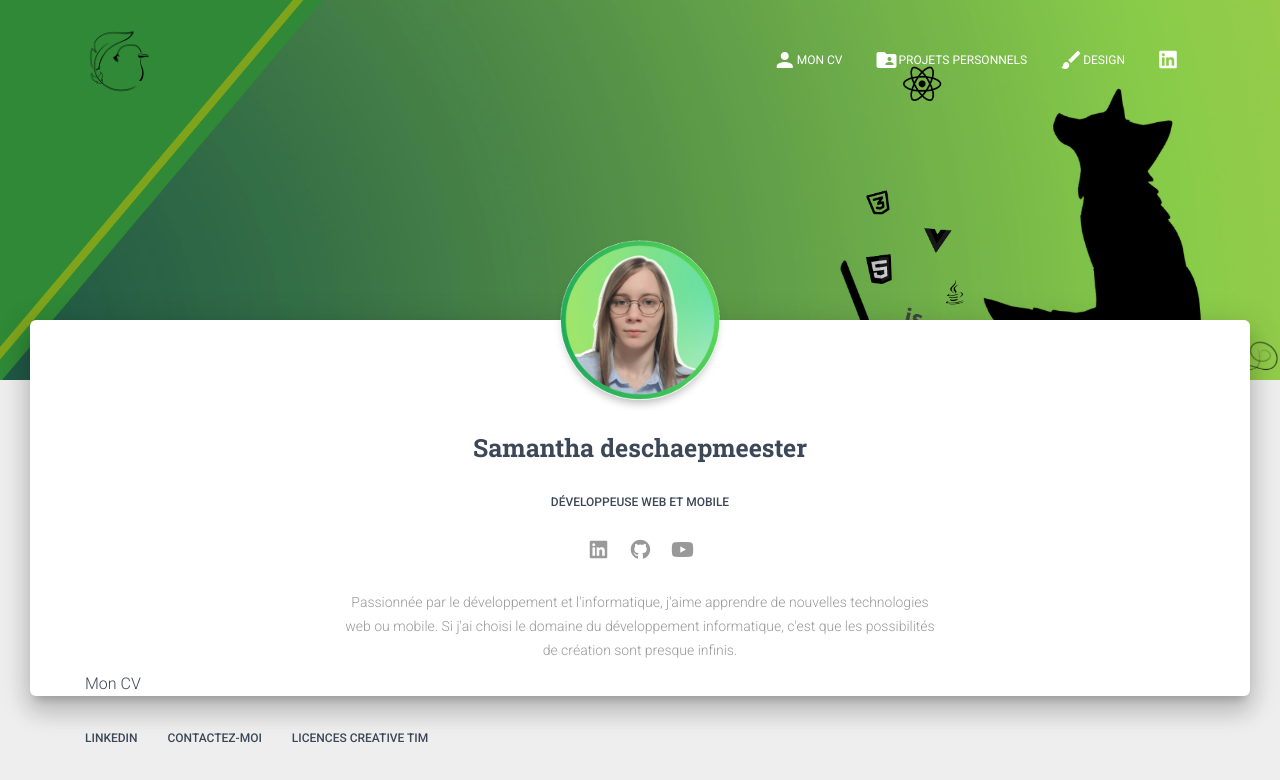
Repository: sdeschaepmeester/NewPortfolio
Page: /#/cv
The author's editor kept a copy of each file at every save. The page is drawn from the files as they stood at one save, then again after the next save.
The browser window is 1280 px wide. The pictures show the whole page.
Some web libraries are served in a nearby version. The project was rebuilt for these pictures with package versions that can differ from the ones it lists, and the page was loaded fresh each time. Also part of the build but not shown: vue.config.js, src/views/components/APropos.vue, src/views/components/NavigationSection.vue, src/views/components/SmallNavigationSection.vue, src/components/Dropdown.vue, src/components/Pagination.vue, src/components/Slider.vue, src/components/Badge.vue and 13 more.

Above is the page before, as saved 2022-07-08 10:48:28.

### public/index.html
<!--

=========================================================
* Vue Material Kit - v1.2.2
=========================================================

* Product Page: https://www.creative-tim.com/product/vue-material-kit
* Copyright 2019 Creative Tim (https://www.creative-tim.com)
* Licensed under MIT (https://github.com/creativetimofficial/vue-material-kit/blob/master/LICENSE.md)

* Coded by Creative Tim

=========================================================

* The above copyright notice and this permission notice shall be included in all copies or substantial portions of the Software.

-->

<!DOCTYPE html>
<html lang="en">
  <head>
    <meta charset="utf-8">
    <meta http-equiv="X-UA-Compatible" content="IE=edge">
    <meta name="viewport" content="width=device-width,initial-scale=1.0">
    <link rel="icon" href="<%= BASE_URL %>favicon.png">
    <title>Portfolio - Samantha Deschaepmeester</title>

    <!--  Fonts and icons     -->
    <link rel="stylesheet" type="text/css" href="https://fonts.googleapis.com/css?family=Roboto:300,400,500,700|Roboto+Slab:400,700|Material+Icons" />
    <link rel="stylesheet" href="//fonts.googleapis.com/icon?family=Material+Icons">
    <link href="https://use.fontawesome.com/releases/v5.0.8/css/all.css" rel="stylesheet">
  </head>
  <body>
    <noscript>
      <strong>We're sorry but vue-material-kit doesn't work properly without JavaScript enabled. Please enable it to continue.</strong>
    </noscript>
    <div id="app"></div>
    <!-- built files will be auto injected -->
  </body>
</html>

### src/views/CV.vue
<template>
  <div class="wrapper">
    <parallax
      class="section page-header header-filter"
      :style="headerStyle"
    ></parallax>
    <div class="main main-raised">
      <div class="section profile-content">
        <div class="container">
          <div class="md-layout">
            <div class="md-layout-item md-size-50 mx-auto">
              <div class="profile">
                <div class="avatar">
                  <img
                    :src="img"
                    alt="Circle Image"
                    class="img-raised rounded-circle img-fluid"
                  />
                </div>
                <div class="name">
                  <h3 class="title">Samantha deschaepmeester</h3>
                  <h6>Développeuse web et mobile</h6>
                  <md-button
                    href="https://www.linkedin.com/in/samantha-deschaepmeester/"
                    class="md-just-icon md-simple md-dribbble"
                    ><i class="fab fa-linkedin"></i></md-button>
                  <md-button
                    href="https://github.com/sdeschaepmeester"
                    class="md-just-icon md-simple md-twitter"
                    ><i class="fab fa-github"></i></md-button>
                  <md-button
                    href="https://www.youtube.com/channel/UC_iJU8cmp9euihl1_mgpZ0g"
                    class="md-just-icon md-simple md-pinterest"
                    ><i class="fab fa-youtube"></i
                  ></md-button>
                </div>
              </div>
            </div>
          </div>
          <div class="description text-center">
            <p>
              Passionnée par le développement et l'informatique, j'aime apprendre de nouvelles technologies web ou mobile.
              Si j'ai choisi le domaine du développement informatique, c'est que les possibilités de création sont presque infinis.
            </p>
          </div>
          <div>
            Mon CV
          </div>
        </div>
      </div>
    </div>
  </div>
</template>

<script>
import { Tabs } from "@/components";
export default {
  components: {
    Tabs
  },
  bodyClass: "profile-page",
  data() {
    return {
      tabPane1: [
        { image: require("@/assets/img/examples/studio-1.jpg") },
        { image: require("@/assets/img/examples/studio-2.jpg") },
        { image: require("@/assets/img/examples/studio-4.jpg") },
        { image: require("@/assets/img/examples/studio-5.jpg") }
      ],
      tabPane2: [
        { image: require("@/assets/img/examples/olu-eletu.jpg") },
        { image: require("@/assets/img/examples/clem-onojeghuo.jpg") },
        { image: require("@/assets/img/examples/cynthia-del-rio.jpg") },
        { image: require("@/assets/img/examples/mariya-georgieva.jpg") },
        { image: require("@/assets/img/examples/clem-onojegaw.jpg") }
      ],
      tabPane3: [
        { image: require("@/assets/img/examples/mariya-georgieva.jpg") },
        { image: require("@/assets/img/examples/studio-3.jpg") },
        { image: require("@/assets/img/examples/clem-onojeghuo.jpg") },
        { image: require("@/assets/img/examples/olu-eletu.jpg") },
        { image: require("@/assets/img/examples/studio-1.jpg") }
      ]
    };
  },
  props: {
    header: {
      type: String,
      default: require("@/assets/img/linkedin-banner.png")
    },
    img: {
      type: String,
      default: require("@/assets/img/faces/me.png")
    }
  },
  computed: {
    headerStyle() {
      return {
        backgroundImage: `url(${this.header})`
      };
    }
  }
};
</script>

<style lang="scss" scoped>
.section {
  padding: 0;
}

.profile-tabs::v-deep {
  .md-card-tabs .md-list {
    justify-content: center;
  }

  [class*="tab-pane-"] {
    margin-top: 3.213rem;
    padding-bottom: 50px;

    img {
      margin-bottom: 2.142rem;
    }
  }
}
</style>

### src/layout/MainFooter.vue
<template>
  <footer
    class="footer"
    :class="{ [`footer-${type}`]: type }"
    :data-background-color="backgroundColor"
  >
    <div class="container">
      <nav>
        <ul>
          <li>
            <a href="https://www.linkedin.com/in/samantha-deschaepmeester/">
              LinkedIn
            </a>
          </li>
          <li>
            <a href="mailto:deschaepmeester.samantha@gmail.com">
              Contactez-moi
            </a>
          </li>
          <li>
            <a href="https://www.creative-tim.com/license">
              Licences Creative Tim
            </a>
          </li>
        </ul>
      </nav>
    </div>
  </footer>
</template>
<script>
export default {
  props: {
    backgroundColor: String,
    type: String
  },
  data() {
    return {
      year: new Date().getFullYear()
    };
  }
};
</script>
<style></style>

### src/assets/scss/material-kit/_typography.scss
body, h1, h2, h3, h4, h5, h6, .h1, .h2, .h3, .h4 {
  font-family: $font-family-sans-serif;
  font-weight: 300;
}

h1,h2,h3,.h1,.h2,.h3{
    margin-top: 20px;
    margin-bottom: 10px;
}

h4,h5,h6,.h4,.h5,.h6{
    margin-top: 10px;
    margin-bottom: 10px;
}

h1, .h1 {
    font-size: $font-size-h1;
    line-height: 1.15em;
}
h2, .h2{
    font-size: $font-size-h2;
    line-height: 1.5em;
}
h3, .h3{
    font-size: $font-size-h3;
    line-height: 1.4em;
}
h4, .h4{
    font-size: $font-size-h4;
    line-height: 1.5em;
}
h5, .h5 {
    font-size: $font-size-h5;
    line-height: 1.55em;
    margin-bottom: 15px;
}
h6, .h6{
    font-size: $font-size-h6;
    text-transform: uppercase;
    font-weight: $font-weight-bold;
}

p{
    font-size: $font-paragraph;
    margin: 0 0 10px;
}

h2.title{
    margin-bottom: $margin-base * 2;
}

.title,
.card-title,
.info-title,
.footer-brand,
.footer-big h5,
.footer-big h4,
.media .media-heading{
    font-weight: $font-weight-extra-bold;
    font-family: $font-family-serif;

    &,
    a{
        color: $black-color;
        text-decoration: none;
    }
}

.description,
.card-description,
.footer-big p{
    color: $gray-light;
}

.text-warning {
  color: $brand-warning !important;
}
.text-primary {
  color: $brand-primary !important;
}
.text-danger {
  color: $brand-danger !important;
}
.text-success {
  color: $brand-success !important;
}
.text-info {
  color: $brand-info !important;
}
.text-gray{
  color: $gray-color !important;
}
.text-muted {
  color: #6c757d!important;
}

### src/assets/scss/material-kit/_carousel.scss
.VueCarousel-pagination {
  position: absolute;
  bottom: 5px;
  margin-bottom: 15px;
}

.VueCarousel-wrapper {
  border-radius: $border-radius-large;
}

.VueCarousel-dot {
  width: 10px !important;
  height: 10px !important;
  padding: 0 !important;
  margin: 10px;
  border: 1px solid #fff;
  background: #FFF !important;
  box-shadow: 0 2px 2px 0 rgba(0,0,0,.14), 0 3px 1px -2px rgba(0,0,0,.12), 0 1px 5px 0 rgba(0,0,0,.2);
  border-radius: 2px !important;
  transition: all .3s linear;

  &:focus {
    outline: 0 !important;
  }
}

.VueCarousel-dot--active {
  margin-top: 10px;
  transform: scale(1.5);
  box-shadow: 0 4px 5px 0 rgba(0,0,0,.14), 0 1px 10px 0 rgba(0,0,0,.12), 0 2px 4px -1px rgba(0,0,0,.2);
}

.carousel-caption {
  position: absolute;
  bottom: 25px;
  left: 0;
  right: 0;
  text-align: center;
  padding-top: 20px;
  padding-bottom: 45px;

  &,
  .md-icon,
  .fa,
  .fab,
  .fas {
    color: $white-color !important;
  }
}

.VueCarousel-navigation-prev {
  left: 95px !important;

}

.VueCarousel-navigation-next {
  right: 95px !important;
}

.VueCarousel-navigation-prev i,
.VueCarousel-navigation-next i {
  font-size: 50px;
  color: $white-color !important;
  opacity: .5;

  &:hover {
    opacity: 1;
  }
}

.VueCarousel-slide {
  position: relative;
}

### src/assets/scss/material-kit/_autocomplete.scss
.md-menu-content:not(.md-select-menu) .md-menu-content-container .md-list {
  .md-list-item {
    margin: 0 .3125rem;

    &:not(:last-child) {
      margin-bottom: 5px;
    }

    .md-list-item-button {
      background-color: transparent;
      color: $gray-dark !important;
      border-radius: 3px;

      &:hover {
        background-color: $brand-primary !important;
        @include shadow-big-color($brand-primary);
        color: #FFF !important;
      }

      .md-list-item-content {
        min-height: 38px;
        font-size: 13px;

        span {
          top: auto;
          left: auto;
          right: 0;
          padding-left: 15px;
          padding-right: 15px;
        }
      }
    }
  }
}

### src/assets/scss/material-kit/_info-areas.scss
.info{
    max-width: 360px;
    margin: 0 auto;
    padding: 70px 0 30px;

    .icon{
        color: $gray-color;

        > i{
            font-size: 3.85rem !important;
            min-width: auto;
            width: auto;
            height: auto;
            vertical-align: unset;
        }
    }
    .info-title{
        color: $black-color;
        margin: 0.875rem * 2 0 0.875rem;
    }
    p{
        color: $gray-color;
    }
}

.info-horizontal{
    .icon{
        float: left;
        margin-top: 24px;
        margin-right: 10px;

        >i{
            font-size: $font-size-h2;
        }
    }
    .description{
        overflow: hidden;
    }

}

.icon {

  &.icon-primary i{
    color: $brand-primary !important;
    }
  &.icon-info i{
    color: $brand-info !important;
  }
  &.icon-success i{
    color: $brand-success !important;
  }
  &.icon-warning i{
    color: $brand-warning !important;
  }
  &.icon-danger i{
    color: $brand-danger !important;
  }
  &.icon-rose i{
    color: $brand-rose !important;
}
}

### src/assets/scss/material-kit/_badges.scss
.badge {
  display: inline-block;
  border-radius: $border-radius-label;
  padding: 5px 12px;
  text-transform: uppercase;
  font-size: 10px;
  color: $white-color;
  font-weight: 500;
  line-height: 1;
  text-align: center;
  white-space: nowrap;
  vertical-align: baseline;

  &:not(:last-child) {
    margin-right: 5px;
  }

  @include badge-color();
}


.badge-default[href]:hover,
.badge-default[href]:focus {
  background-color: darken($gray-light, 5%);
}

.badge-primary[href]:hover,
.badge-primary[href]:focus {
  background-color: darken($brand-primary, 5%);
}

.badge-info[href]:hover,
.badge-info[href]:focus {
  background-color: darken($brand-info, 5%);
}

.badge-success[href]:hover,
.badge-success[href]:focus {
  background-color: darken($brand-success, 5%);
}

.badge-warning[href]:hover,
.badge-warning[href]:focus {
  background-color: darken($brand-warning, 5%);
  color: $white-color;
}

.badge-danger[href]:hover,
.badge-danger[href]:focus {
  background-color: darken($brand-danger, 5%);
}
.badge-rose[href]:hover,
.badge-rose[href]:focus {
  background-color: darken($brand-rose, 5%);
}

### src/assets/scss/material-kit/_tables.scss
.md-table-cell-container{
  padding: 0;
  .md-table-cell:last-child &{
    padding-right: 0;
    text-align: right;
    display: flex;
  }
}
.md-table-head-container{
  height: auto;
  padding: 0;
}
.md-tabs-content table thead{
  display: none;
}

.md-tabs-container tbody .md-table-row:first-child td{
  border: 0;
}

.md-table-cell{
  padding: 12px 8px;
  font-size: $font-size-base;
}

.md-table-head-label{
  font-size: $font-size-h5;
  padding-left: 8px;
  font-weight: 300;
}

.md-table .md-table-row:hover .md-table-cell{
  background-color: transparent !important;
}

.md-table .md-table-row:hover{
  background: $table-bg-hover !important;
}

.md-card-plain .md-card-content > div .md-table .md-table-content,
.md-card-plain .md-card-content > div .md-table {
  background-color: transparent !important;
}

.md-table{
  &[table-header-color="orange"] .md-table-head{
    color: $brand-warning !important;
  }
  &[table-header-color="purple"] .md-table-head{
    color: $brand-primary !important;
  }
  &[table-header-color="blue"] .md-table-head{
    color: $brand-info !important;
  }
  &[table-header-color="red"] .md-table-head{
    color: $brand-danger !important;
  }
  &[table-header-color="green"] .md-table-head{
    color: $brand-success !important;
  }

  .md-table-row td{
    border-top-color: rgba(0,0,0,.06) !important;
  }
}

### src/assets/scss/material-kit/_headers.scss
.page-header{
    height: 100vh;
    background-position: center center;
    background-size: cover;
    margin: 0;
    padding: 0;
    border: 0;
    display: flex;
    align-items: center;
    justify-content: center;

    .carousel .carousel-indicators{
        bottom: 60px;
    }

    > .container{
        color: $white-color;
    }

    .title{
        color: $white-color;
    }

    &.header-small{
        height: 65vh;
        min-height: 65vh;
    }

    .iframe-container{
        iframe{
            width: 100%;
            box-shadow: 0 16px 38px -12px rgba(0, 0, 0, 0.56),
                        0 4px 25px 0px rgba(0, 0, 0, 0.12),
                        0 8px 10px -5px rgba(0, 0, 0, 0.2);
        }
    }
}

.header-filter{
    position: relative;

    &:before,
    &:after{
        position: absolute;
        z-index: 1;
        width: 100%;
        height: 100%;
        display: block;
        left: 0;
        top: 0;
        content: "";
    }

    .md-layout{
        z-index: 2;
        position: relative;
    }
}
.clear-filter::before {
  background: none;
}

.purple-filter:after{
  background: rgba(101, 47, 142, 0.64);
  background: linear-gradient(45deg, rgba(101, 47, 142, 0.88) 0%, rgba(125, 46, 185, 0.45) 100%);
  background: -moz-linear-gradient(135deg, rgba(101, 47, 142, 0.88) 0%, rgba(125, 46, 185, 0.45) 100%);
  background: -webkit-linear-gradient(135deg, rgba(101, 47, 142, 0.88) 0%, rgba(125, 46, 185, 0.45) 100%);
}

### src/assets/scss/material-kit/_checkboxes.scss
.md-checkbox{
  .md-checkbox-container{
    border: 1px solid rgba(0, 0, 0, .54);
    border-radius: 3px;

    .md-ripple{
      overflow: hidden;
    }
  }

  &.md-checked .md-checkbox-container{
    &:after{
      border-color: $brand-primary !important;
      top: 1px;
      left: 6px;
    }
  }

  .md-checkbox-label{
    font-weight: 400;
    font-size: .875rem;
    color: #aaa;
    padding-left: 10px;
  }

  &.md-theme-default.md-checked .md-checkbox-container{
    background-color: transparent !important;
    border-color: inherit;
  }

  &.md-theme-default.md-checked .md-ripple{
    color: inherit;
  }

  &.md-disabled .md-checkbox-label,
  &.md-disabled .md-checkbox-container{
    opacity: .26;
    border-color: rgba(0, 0, 0, .54) !important;
  }

  &.md-checked.md-disabled .md-checkbox-container{
    background-color: transparent !important;
    border-color: rgba(0, 0, 0, .54) !important;
    opacity: .26;

    &:after{
      border-color: rgba(0, 0, 0, .54) !important;
    }
  }
}

### src/assets/scss/material-kit/_togglebutton.scss
.md-switch .md-switch-thumb .md-ripple,
.md-switch .md-switch-thumb:before {
  overflow: hidden;
}

.md-switch {
  display: flex;
  margin: 0;

  .md-switch-label {
    color: rgba(0,0,0,.26);
    font-size: 14px;
    line-height: 1.42857;
    font-weight: 400;
    margin-bottom: .5rem;
  }

  .md-switch-container{
    background-color: rgba(80,80,80,.7) !important;
  }

  .md-switch-thumb {
    background-color: $white-color !important;
    border: 1px solid rgba(0,0,0,.54);
    box-shadow: 0 1px 3px 1px rgba(0,0,0,.4);

    .md-ripple .md-ripple-wave{
      background-color: rgba(0,0,0,.54) !important;
    }
  }

  &.md-checked {
    .md-switch-thumb {
      border: 1px solid $brand-primary;

      .md-ripple .md-ripple-wave{
        background-color: rgba(156,39,176,.7) !important;
      }
    }

    .md-switch-container {
      background-color: rgba(156,39,176,.7) !important;
    }
  }
}

### src/assets/scss/material-kit/_radios.scss
.md-radio{

  .md-radio-label{
    padding-left: 10px;
    color: #aaa;
    font-size: .875rem;
    font-weight: 400;
  }

  .md-radio-container{
    border: 1px solid rgba(0,0,0,.54) !important;
    width: 15px;
    min-width: 15px;
    height: 15px;
    top: 2px;
    transition: .2s !important;

    &:after{
      transform: scale3D(0,0,0);
      transition: .2s !important;
      right: 2px;
      bottom: 2px;
      top: 2px;
      left: 2px;
      border-radius: 100%;
    }

    .md-ripple{
      overflow: hidden;

      .md-ripple-wave{
        background-color: $brand-primary;
      }
    }
  }

  &.md-checked .md-radio-container{
    border-color: $brand-primary !important;

    &:after{
      background-color: $brand-primary !important;
    }
  }

  &.md-disabled .md-radio-label,
  &.md-disabled .md-radio-container{
    opacity: .26;
    border-color: rgba(0, 0, 0, .54) !important;
  }

  &.md-checked.md-disabled .md-radio-container{
    background-color: transparent !important;
    border-color: rgba(0, 0, 0, .54) !important;
    opacity: .26;

    &:after{
      background-color: rgba(0, 0, 0, .54) !important;
    }
  }
}

### src/assets/scss/material-kit/_footers.scss
footer{
    padding: $padding-base 0;

    nav,
    .copyright{
      display: inline-block;
    }

    ul{
    padding: 0;
    margin: 0;
    list-style: none;

        li{
            display: inline-block;

            a{
                color: inherit !important;
                padding: $padding-base;
                font-weight: $font-weight-bold;
                font-size: $mdb-btn-font-size-base;
                text-transform: uppercase;
                border-radius: $border-radius-base;
                text-decoration: none;
                position: relative;
                display: block;

                &:hover{
                    text-decoration: none;
                }
            }

          &:first-child a{
            margin-left: -15px;
          }
        }
    }

    .copyright{
        padding: 15px 0;
        margin: 0;
        .md-icon{
            font-size: 18px !important;
            color: inherit !important;
            width: auto !important;
            min-width: auto !important;

        }
    }
}

### src/assets/scss/material-kit/_tabs.scss
.md-tabs-navigation{
  @include shadow-big();
  margin: -50px -15px 0 -15px;
  border-radius: $border-radius-base;
  padding: $padding-base + 1 $padding-base $padding-base + 1 75px;
  background-color: $gray-color;
  overflow: auto;

  .md-icon-label .md-button-content{
    flex-direction: row;
  }

  & + .md-tabs-content{
    .md-checkbox.md-checked .md-checkbox-container:after{
      top: 0px;
      left: 5px;
    }
    .md-tab {
      text-align: center;
    }
  }

  .no-label & {
    padding-left: 15px;
  }


  .md-button,
  .md-button:hover,
  .md-button:focus,
  .md-button:active {
    background-color: transparent !important;
    box-shadow: none;
  }

  .md-active,
  .md-active:hover,
  .md-active:focus{
    background-color: rgba(255, 255, 255, 0.2) !important;
    box-shadow: none;
  }

  .md-button{
    height: auto;
    border-radius: 3px;
    font-weight: 500;
    line-height: 24px;
    text-transform: uppercase;
    font-size: 12px;

    &:not(:last-child){
      margin-right: 5px;
    }

    .md-tab-icon + .md-tab-label{
      margin-top: 0px;
      margin-left: 7px;
    }

    .md-ripple{
      padding: 10px 15px !important;
    }
  }
}

.md-tabs-indicator{
  display: none;
}

.md-nav-tabs-title{
  position: absolute;
  z-index: 9999;
  top: 6px;
  color: white;
  font-size: initial;
  margin-left: 15px;
}

.md-tab{
  padding: 15px 0 0 0;
}

.md-card-nav-tabs.md-card-plain {
  .md-content.md-theme-default {
    background-color: transparent;
  }
}

### src/components/Parallax.vue
<template>
  <div :style="styles">
    <slot></slot>
  </div>
</template>
<script>
function debounce(func, wait, immediate) {
  let timeout;
  return function() {
    const context = this,
      args = arguments;
    clearTimeout(timeout);
    timeout = setTimeout(() => {
      timeout = null;
      if (!immediate) func.apply(context, args);
    }, wait);
    if (immediate && !timeout) func.apply(context, args);
  };
}
export default {
  name: "parallax",
  data() {
    return {
      styles: {},
      debounceTimeout: 6
    };
  },
  methods: {
    handleScroll(scrollVal) {
      let oVal = scrollVal / 3;
      this.styles = {
        transform: `translate3d(0, ${oVal}px,0)`
      };
    },
    checkForParallax(scrollVal) {
      let fn = debounce(
        () => this.handleScroll(scrollVal),
        this.debounceTimeout
      );
      fn();
    }
  },
  mounted() {
    let self = this;
    window.addEventListener("scroll", function() {
      if (window.innerWidth > 991) {
        let scrollVal = this.scrollY;
        self.checkForParallax(scrollVal);
      }
    });
  }
};
</script>

Loaded but not shown: src/main.js (common file); src/App.vue (common file); src/plugins/material-kit.js (common file); src/plugins/globalDirectives.js (common file); src/plugins/globalMixins.js (common file); src/plugins/globalComponents.js (common file); src/components/index.js (common file); src/layout/MobileMenu.vue (common file); src/assets/scss/material-kit/mixins/_transparency.scss (common file); src/assets/scss/material-kit/plugins/_perfect-scrollbar.scss (common file); src/assets/scss/material-kit/plugins/_plugin-nouislider.scss (common file); src/assets/scss/material-kit/_images.scss (common file); src/assets/scss/material-kit/_progress.scss (common file); src/assets/scss/material-kit/_layout.scss (common file); src/router.js (67 lines, source omitted); src/assets/scss/material-kit/_variables.scss (1135 lines, source omitted); src/assets/scss/material-kit/_cards.scss (546 lines, source omitted); src/assets/scss/material-kit/_colors.scss (339 lines, source omitted); src/assets/scss/material-kit/_mixins.scss (393 lines, source omitted); src/assets/scss/material-kit/_responsive.scss (460 lines, source omitted); src/assets/scss/material-kit/_navbars.scss (404 lines, source omitted); src/assets/scss/material-kit/mixins/_vendor-prefixes.scss (176 lines, source omitted); src/assets/scss/material-kit/_inputs.scss (296 lines, source omitted); src/assets/scss/material-kit/_shadows.scss (148 lines, source omitted); src/layout/MainNavbar.vue (177 lines, source omitted); src/assets/scss/material-kit/_buttons.scss (242 lines, source omitted); src/assets/scss/material-kit/_popups.scss (164 lines, source omitted); src/assets/scss/material-kit/_example-pages.scss (170 lines, source omitted); src/assets/scss/material-kit/_dropdown.scss (151 lines, source omitted); src/assets/scss/material-kit/_pagination.scss (125 lines, source omitted); src/assets/demo.css (206 lines, source omitted); src/assets/scss/material-kit/_pills.scss (117 lines, source omitted); src/assets/scss/material-kit/_misc.scss (160 lines, source omitted); src/assets/scss/material-kit/_alerts.scss (104 lines, source omitted); src/assets/scss/material-kit/_datepicker.scss (104 lines, source omitted); src/assets/scss/material-kit.scss (58 lines, source omitted); src/assets/scss/material-kit/_dialogs.scss (113 lines, source omitted)

After the next save:
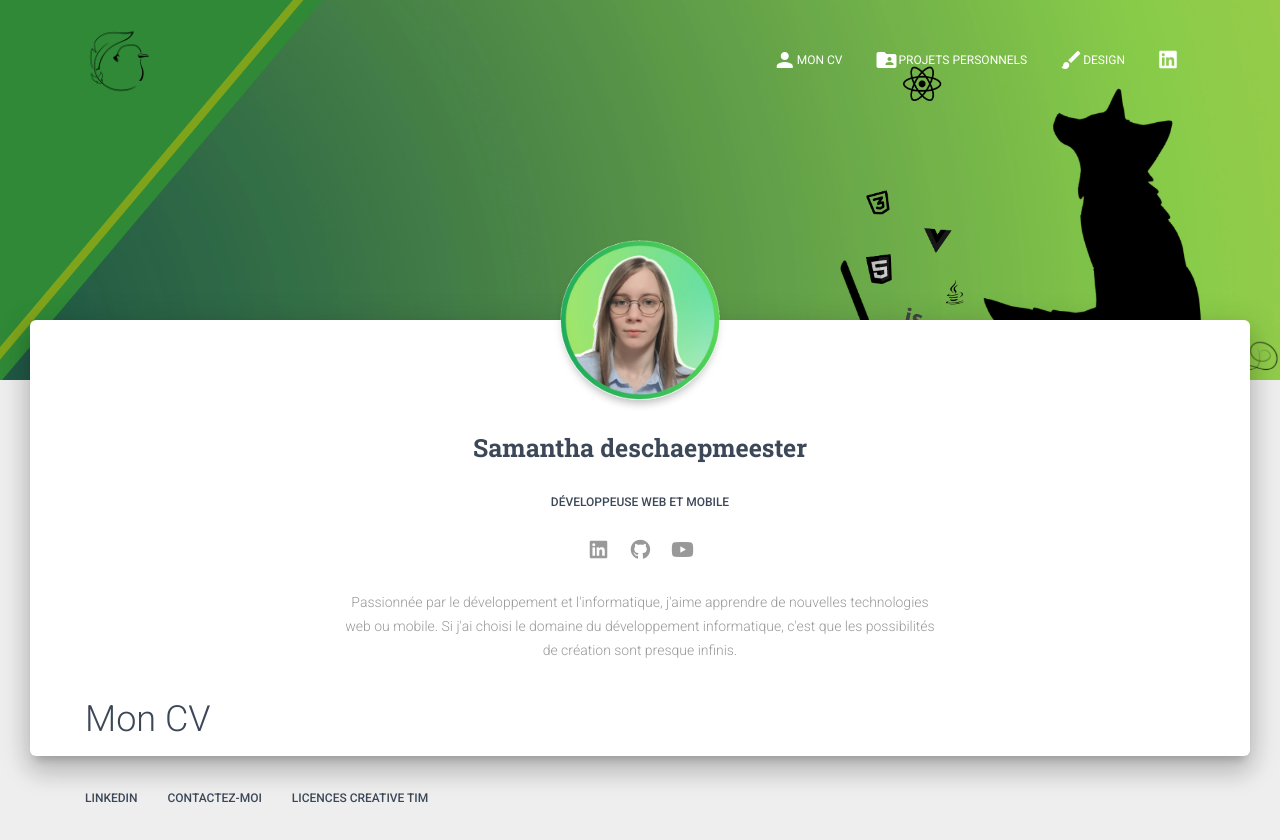
Saved 12 s later.
--- a/src/views/CV.vue
+++ b/src/views/CV.vue
@@ -44,7 +44,7 @@
             </p>
           </div>
           <div>
-            Mon CV
+            <h2> Mon CV</h2>
           </div>
         </div>
       </div>
